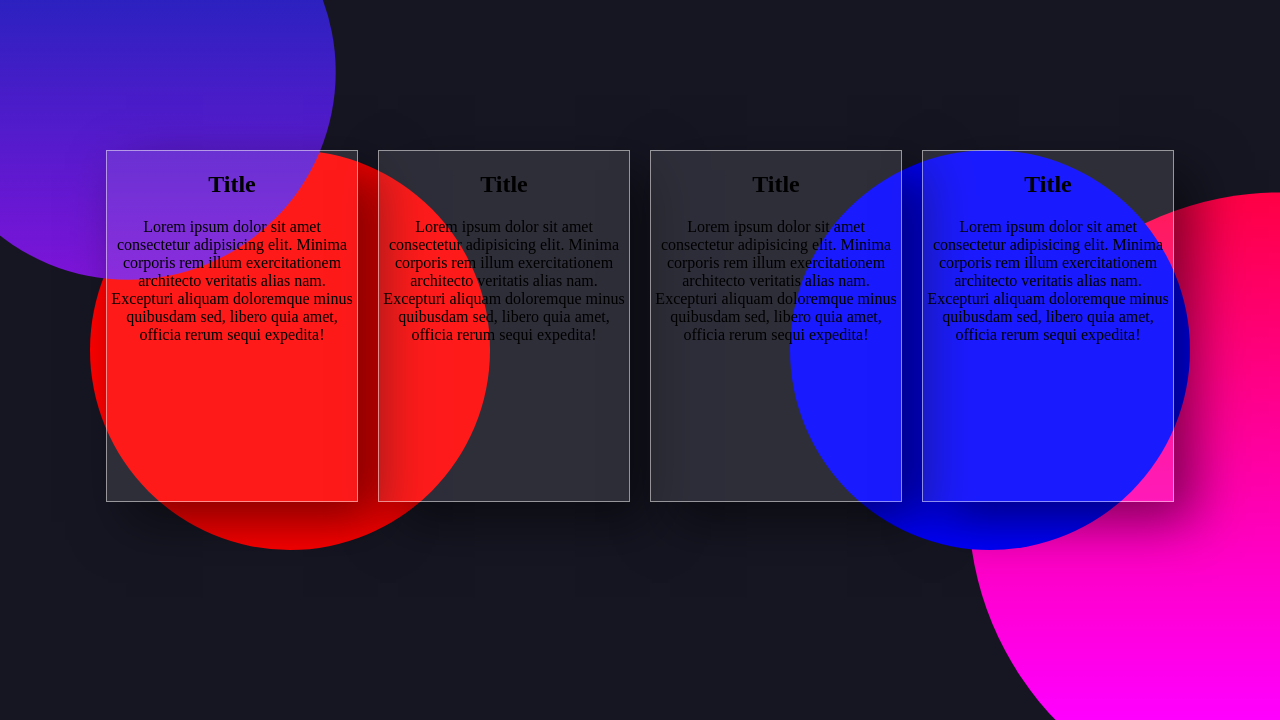
Repository: dovanluyen1996/Test-Git-PR
Page: index.html
These files come from the project's save history. The page is drawn as it stood at one moment and after the next save; the edit follows.
The browser window is 1280 px wide. The pictures show the whole page.

Above is the page before, as saved 2021-09-06 23:58:10.

### index.html
<!DOCTYPE html>
<html lang="en">
  <head>
    <meta charset="UTF-8" />
    <meta http-equiv="X-UA-Compatible" content="IE=edge" />
    <meta name="viewport" content="width=device-width, initial-scale=1.0" />
    <title>TestVsCode</title>
    <link rel="stylesheet" href="css/style.css" />
  </head>

  <body>
    <div class="container">
      <div class="test1"></div>
      <div class="test2"></div>
    </div>
    <div class="center">
      <div class="item-center">
        <h2>Title</h2>
        <p class="text">
          Lorem ipsum dolor sit amet consectetur adipisicing elit. Minima
          corporis rem illum exercitationem architecto veritatis alias nam.
          Excepturi aliquam doloremque minus quibusdam sed, libero quia amet,
          officia rerum sequi expedita!
        </p>
      </div>
      <div class="item-center">
        <h2>Title</h2>
        <p class="text">
          Lorem ipsum dolor sit amet consectetur adipisicing elit. Minima
          corporis rem illum exercitationem architecto veritatis alias nam.
          Excepturi aliquam doloremque minus quibusdam sed, libero quia amet,
          officia rerum sequi expedita!
        </p>
      </div>
      <div class="item-center">
        <h2>Title</h2>
        <p class="text">
          Lorem ipsum dolor sit amet consectetur adipisicing elit. Minima
          corporis rem illum exercitationem architecto veritatis alias nam.
          Excepturi aliquam doloremque minus quibusdam sed, libero quia amet,
          officia rerum sequi expedita!
        </p>
      </div>
      <div class="item-center">
        <h2>Title</h2>
        <p class="text">
          Lorem ipsum dolor sit amet consectetur adipisicing elit. Minima
          corporis rem illum exercitationem architecto veritatis alias nam.
          Excepturi aliquam doloremque minus quibusdam sed, libero quia amet,
          officia rerum sequi expedita!
        </p>
      </div>
    </div>
  </body>
</html>

### css/style.css
body {
  background: #161623;
}
body::before {
  content: "";
  position: absolute;
  top: 0;
  left: 0;
  width: 100%;
  height: 100%;
  background: linear-gradient(#f00, #f0f);
  clip-path: circle(30% at right 70%);
}
body::after {
  content: "";
  position: absolute;
  top: 0;
  left: 0;
  width: 100%;
  height: 100%;
  background: linear-gradient(rgb(44, 33, 192), #f0f);
  clip-path: circle(20% at 10% 10%);
}
.container {
  width: 1100px;
  margin: 0 auto;
  position: relative;
}
.test1 {
  width: 400px;
  height: 400px;
  background-color: red;
  border-radius: 50%;
  position: absolute;
}
.test2 {
  width: 400px;
  height: 400px;
  background-color: blue;
  border-radius: 50%;
  position: absolute;
  right: 0;
}
.item-center {
  width: 250px;
  height: 350px;
  border: 1px solid rgba(255, 255, 255, 0.5);
  text-align: center;
  box-shadow: 20px 20px 50px rgba(0, 0, 0, 0.5);
  background: rgba(255, 255, 255, 0.1);
}
.center {
  margin-top: 150px;
  position: relative;
  z-index: 999;
  display: flex;
  column-gap: 20px;
  justify-content: center;
  align-items: center;
}

After the next save:
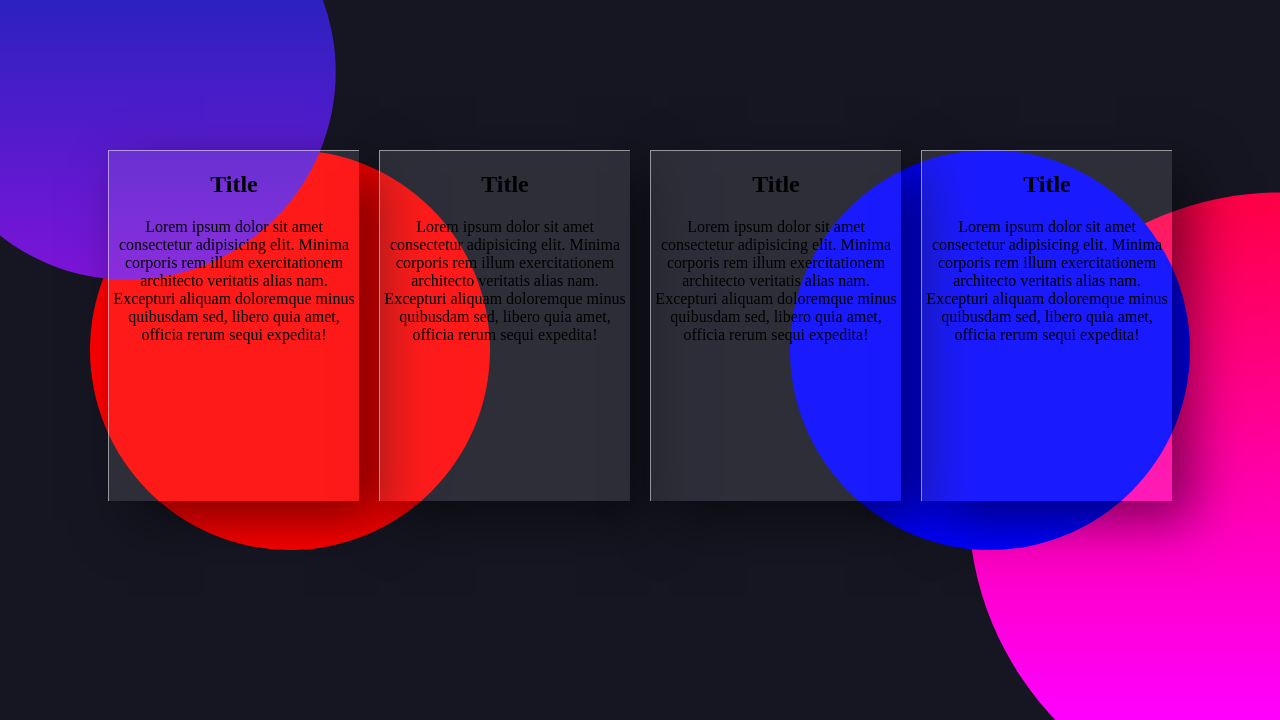
Saved 2 min 16 s later.
--- a/css/style.css
+++ b/css/style.css
@@ -44,8 +44,9 @@ body::after {
 .item-center {
   width: 250px;
   height: 350px;
-  border: 1px solid rgba(255, 255, 255, 0.5);
   text-align: center;
+  border-top: 1px solid rgba(255, 255, 255, 0.5);
+  border-left: 1px solid rgba(255, 255, 255, 0.5);
   box-shadow: 20px 20px 50px rgba(0, 0, 0, 0.5);
   background: rgba(255, 255, 255, 0.1);
 }
